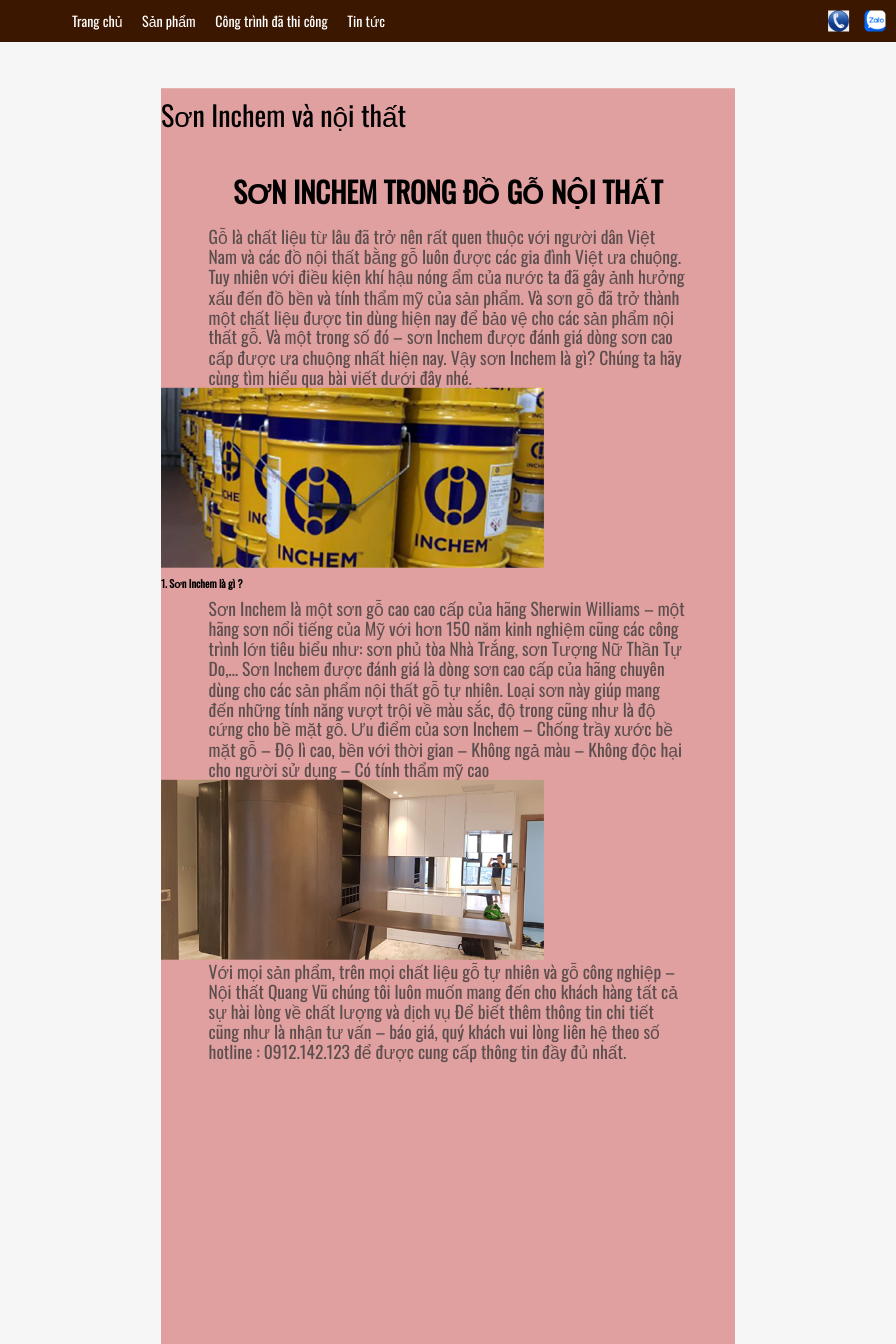
Repository: KHANHD192/FigmaTo-HTML
Page: APP-SHOP/item1.html
These files come from the project's save history. The page is drawn as it stood at one moment and after the next save; the edit follows.
The browser window is 1280 px wide. The pictures show the part of the page from y = 0 to 1920 px (the page is 3248 px tall), at 70% of full size.

Above is the page before, as saved 2022-11-22 15:32:14.

### APP-SHOP/item1.html
<!DOCTYPE html>
<html lang="en">
<head>
    <meta charset="UTF-8">
    <meta http-equiv="X-UA-Compatible" content="IE=edge">
    <meta name="viewport" content="width=device-width, initial-scale=1.0">
    <title>ITEM1</title>
    <link rel="stylesheet" href="https://cdnjs.cloudflare.com/ajax/libs/normalize/8.0.1/normalize.min.css" integrity="sha512-NhSC1YmyruXifcj/KFRWoC561YpHpc5Jtzgvbuzx5VozKpWvQ+4nXhPdFgmx8xqexRcpAglTj9sIBWINXa8x5w==" crossorigin="anonymous" referrerpolicy="no-referrer" />
    <link rel="stylesheet" href="./asset/Css_main/base.css">
    <link rel="stylesheet" href="./asset/Css_main/main.css">
    <link rel="preconnect" href="https://fonts.googleapis.com">
     <link rel="preconnect" href="https://fonts.gstatic.com" crossorigin>
     <link rel="stylesheet" href="https://cdnjs.cloudflare.com/ajax/libs/font-awesome/6.2.1/css/all.min.css" integrity="sha512-MV7K8+y+gLIBoVD59lQIYicR65iaqukzvf/nwasF0nqhPay5w/9lJmVM2hMDcnK1OnMGCdVK+iQrJ7lzPJQd1w==" crossorigin="anonymous" referrerpolicy="no-referrer" />
     <link rel="stylesheet" href="https://cdnjs.cloudflare.com/ajax/libs/font-awesome/6.2.1/css/fontawesome.min.css" integrity="sha512-giQeaPns4lQTBMRpOOHsYnGw1tGVzbAIHUyHRgn7+6FmiEgGGjaG0T2LZJmAPMzRCl+Cug0ItQ2xDZpTmEc+CQ==" crossorigin="anonymous" referrerpolicy="no-referrer" />
       <style>
         *{
            font-family: 'Oswald', sans-serif;
         }
         .app__container3{
            max-width: 1337px;
            height: 2567px;
            background-color: #bb0c0c5e;
            margin:66px 230px 20px 230px;
         }
         .container__title{
            max-width: 490px;
            height: 83px;
            font-size: 40px;
            line-height: 74px;
         }
         .container__heading{
            font-size: 41px;
            text-align: center;
         }
         .container__para{
            color: #5D4E4E;
            margin: 0 68px;
            font-size: 25px;
         }
            .container__image{
                max-width: 1661px;
                max-width: 547px;
            }
            .container__image img {
                width: 100%;
                height: 100%;
                object-fit: cover;
            }
       </style>
    </head>
<body>
    <div class="app">
        <header class="app__header">
            <div class="header__nav-bar">
               <ul class="nav-bar__item">
                   <li>
                       <a href="./index.html" class="nav-bar__item-link">Trang chủ</a>
                   </li>
                   <li>
                       <a href="#" class="nav-bar__item-link">Sản phẩm</a>
                   </li>
                   <li>
                       <a href="./ctdtc.html" class="nav-bar__item-link">Công trình đã thi công</a>
                   </li>
                   <li>
                       <a href="./tintuc.html" class="nav-bar__item-link">Tin tức</a>
                   </li>
               </ul>
               <ul class="nav-bar__icon">
                   <li>
                       <img src="./asset/IMG/image 3.png" alt="" class="logo">
                   </li>
                   <li>
                       <img src="./asset/IMG/image 2.png" alt="" class="logo">
                   </li>
               </ul>
            </div>
         </header>
         <div class="app__container3">
                  <div class="container__content">
                    <p class="container__title">
                        Sơn Inchem và nội thất
                    </p>
                    <h1 class="container__heading">
                        SƠN INCHEM TRONG ĐỒ GỖ NỘI THẤT
                    </h1>
                    <p class="container__para">
                        Gỗ là chất liệu từ lâu đã trở nên rất quen thuộc với người dân Việt Nam và các đồ nội thất bằng gỗ luôn được các gia đình Việt ưa chuộng. Tuy nhiên với điều kiện khí hậu nóng ẩm của nước ta đã gây ảnh hưởng xấu đến đồ bền và tính thẩm mỹ của sản phẩm. Và sơn gỗ đã trở thành một chất liệu được tin dùng hiện nay để bảo vệ cho các sản phẩm nội thất gỗ. Và một trong số đó – sơn Inchem được đánh giá dòng sơn cao cấp được ưa chuộng nhất hiện nay. Vậy sơn Inchem là gì? Chúng ta hãy cùng tìm hiểu qua bài viết dưới đây nhé.

                    </p>
                   <div class="container__image">
                    <img src="./asset/IMG/image 10.png" alt="backdrop">
                   </div>
                   <h2 class="container__index">
                    1. Sơn Inchem là gì ?
                   </h2>
                   <p class="container__para">
                    Sơn Inchem là một sơn gỗ cao cao cấp của hãng Sherwin Williams – một hãng sơn nổi tiếng của Mỹ với hơn 150 năm kinh nghiệm cũng các công trình lớn tiêu biểu như: sơn phủ tòa Nhà Trắng, sơn Tượng Nữ Thần Tự Do,… Sơn Inchem được đánh giá là dòng sơn cao cấp của hãng chuyên dùng cho các sản phẩm nội thất gỗ tự nhiên. Loại sơn này giúp mang đến những tính năng vượt trội về màu sắc, độ trong cũng như là độ cứng cho bề mặt gỗ.
Ưu điểm của sơn Inchem
– Chống trầy xước bề mặt gỗ
– Độ lì cao, bền với thời gian
– Không ngả màu
– Không độc hại cho người sử dụng
– Có tính thẩm mỹ cao

                   </p>
                   <div class="container__image">
                    <img src="./asset/IMG/image 11.png" alt="backdrop">
                   </div>
                   <p class="container__para">
                    Với mọi sản phẩm, trên mọi chất liệu gỗ tự nhiên và gỗ công nghiệp – Nội thất Quang Vũ chúng tôi luôn muốn mang đến cho khách hàng tất cả sự hài lòng về chất lượng và dịch vụ
Để biết thêm thông tin chi tiết cũng như là nhận tư vấn – báo giá, quý khách vui lòng liên hệ theo số hotline : 0912.142.123 để được cung cấp thông tin đầy đủ nhất.

                   </p>
                  </div>
         </div>
         <footer class="app__footer">
            <div class="footer__addres">
                <p class="addres__title">CÔNG TY SẢN XUẤT NỘI THẤT CÔNG ĐỨC</p>
                <ul>
                    <li class="address__item" >Trụ sợ : Km76 Quốc Lộ 1A Hà Đông Hà nội</li>
                    <li class="address__item">Xưởng sản xuất : Trường Yên, Hà Đông , Hà Nội</li>
                    <li class="address__item">Hotline: 0912.142.456 - 0986.112.678 </li>
                    <li class="address__item">Zalo: 0912.142.456 - 0966.288.888</li>
                    <li class="address__item">
                        <a href="noithatcongduc.com.vn">Website: noithatcongduc.com.vn</a>
                    </li>
                </ul>
            </div>
            <div class="footer__info">
                <p class="addres__title">THÔNG TIN CỬA HÀNG </p>
                <ul>
                    <li> Giờ mở cửa: (24H)</li>
                    <li>Bán hàng : 0966.288.999</li>
                    <li> Bảo hành : 0912.142.456 </li>
                    <li>Tư vấn : 0912.142.456</li>
                    <li class="info__item">
                        <a href="tel:098.611.2158">Hỗ trợ kỹ thuật: 098.611.2158</a>
                    </li>
                </ul>
            </div>
            <div class="footer__term">
                <p class="addres__title">CHÍNH SÁCH</p>
                <ul>
                    <li>Phương Thức Thanh Toán</li>
                    <li>Chính Sách Vận Chuyển</li>
                    <li>Chính Sách Đổi Trả </li>
                    <li>Chính Sách Bảo Hành</li>
                    <li>
                        Chính Sách Bảo Mật Thông Tin
                    </li>
                </ul>
            </div>
            <div class="footer__payal">
                <p class="addres__title">CHẤP NHẬN THANH TOÁN</p>
                <ul class="payal__item">
                    <li>
                           <img src="./asset/IMG/image 8.png" alt="Phương thức thanh toán">
                    </li>
                </ul>
            </div>
        </footer>
    </div>
</body>
</html>

### APP-SHOP/asset/Css_main/base.css
@import url('https://fonts.googleapis.com/css2?family=Oswald&family=Roboto:wght@100&display=swap');
/* header */
html{
    font-size: 62.5%;
    box-sizing: border-box;
    font-family: 'Oswald', sans-serif;
    background-color:#F6F6F6;
}
.app{
    max-width: 1800px;
}
.app__header{

}
.header__nav-bar{
      display: flex;
      justify-content: space-between;
      height: 60px;
      background-color: #3C1700;;
}
.nav-bar__item {
    width: 603px;
    height: 30px;
    list-style: none;
    display: flex;
    font-family: 'Oswald', sans-serif;
    font-size: 20px;
    line-height: 29.64px;
    margin-top: 15px;
    margin-bottom: 15px ;
    margin-left: 63px;
}
.nav-bar__item-link{
    text-decoration: none;
    color: #FFFFFF;
    margin-right: 28px;
}
.header__nav-bar:not(:last-child){
    margin-right: 0;
}
.nav-bar__icon{
    list-style: none;
    display: flex;
    margin-top: 15px;
    margin-bottom: 15px ;
    margin-right: 15px;
}
.logo{
    width: 30px;
    height: 30px;
}
.logo:last-child{
    margin-left: 22px;
}
.header__background{
    width:100%;
    height: 420px;
}
.header__background img{
    width: 100%;
    height: 100%;
    object-fit: cover;
}
/* footer */
footer{
    max-width: 1800px;
    height:460px;
    background-color: #350B0C;
    color: #FFFFFF;
}
footer ul{
    list-style: none;
    padding: 0;
    font-size: 20px;
}
.app__footer{
    display:flex;
    justify-content: space-between;
}
.addres__title{
    font-size: 25px;
}
.footer__addres , .footer__info ,.footer__term ,.footer__payal{
    margin-top:35px;
}
.footer__addres{
    max-width: 508px;
    height:375px;
    margin-left:90px;
   line-height: 55px;
}
.address__item{
    position: relative;
}
.address__item::after{
    content: "";
    position: absolute;
    width: 313px;
    height: 4px;
    background-color: #D9D9D9;
    left:0;
    bottom: -10px;
}
.address__item a ,.info__item a {
    text-decoration: none;
    color:#FFFFFF;
}
 .footer__info{
    max-width: 412px;
    height: 356px;
    line-height: 55px;
 }
 .footer__term{
    max-width: 260px;
    height: 356px;
    line-height: 55px;
 }
 .footer__payal{
    line-height: 55px;
    margin-right: 20px;
 }
.footer__payal p {
    text-align: center;
}

### APP-SHOP/asset/Css_main/main.css
.app__container{
 max-width: 1800px;
    height: 3835px;
}
.collect1 h2{
    width: 285px;
    height: 42px;
    font-family: 'Oswald', sans-serif;
    font-weight: 400;
    font-size: 30px;
    line-height: 44.46px;
    color: #000000;
    position: relative;
    margin-top: 61px;
    margin-bottom: 61px;
    margin-left: 72px;
}
.collect1 h2::after{
    content: "";
    position: absolute;
    width: 1365px;
    height: 4px;
    background-color: #D9D9D9;
    left:0;
    bottom: -10px;

}
.collect1 .list__item{
    list-style: none;
    display: flex;
    margin-left:77px;
    margin-right: 88px;
    padding-left: 0;
}
.list__item li {
   max-width: 350px;
    height: 450px;
    border:  1px solid #332F2F;
    margin-right: 74px;
    background-color: #ffffff;
}
.list__item li:last-child{
    margin-right: 0;
}
li .wrap__image{
   max-width: 350px;
    height: 350px;
}
.item__image-link{
    display: block;
    max-width:100%;
    height: 63px;
    font-size: 20px;
    font-weight: 400;
    line-height: 44.46px;
   text-align: center;
   padding-top: 1.5rem;
    color: #000000;
}
li .wrap__image img{
    width: 100%;
    height: 100%;
    object-fit: cover;
}

.project__tiltle p {
    text-align: center;
    margin-top:91px;
    font-size: 50px;
    line-height: 74.1px;
    margin-bottom: 50px;
}
.list__project{
    display:flex;
    list-style: none;
    margin-left:131px;
    margin-right:131px;
    padding-left: 0;
    justify-content: space-between;
}
.list__project-item{
    max-width: 700px;
    height: 560px;
    border:  1px solid #332F2F;
}
.enfold__image{
    max-width: 700px;
    height: 400px;
}
.enfold__image img {
    width: 100%;
    height: 100%;
}
.item__project-link{
    display: block;
    max-width:100%;
    height: 63px;
    font-size: 30px;
    font-weight: 400;
    line-height: 44.46px;
   text-align: center;
   padding-top: 5rem;
    color:#6C271E;
}
.list__project-item:first-child{
    margin-right: 148px;
}
.collect1 p {
    text-align: center;
    margin-top:91px;
    font-size: 50px;
    line-height: 74.1px;
    margin-bottom: 50px;
}
.detail2{
    margin-top: 80px;
}

After the next save:
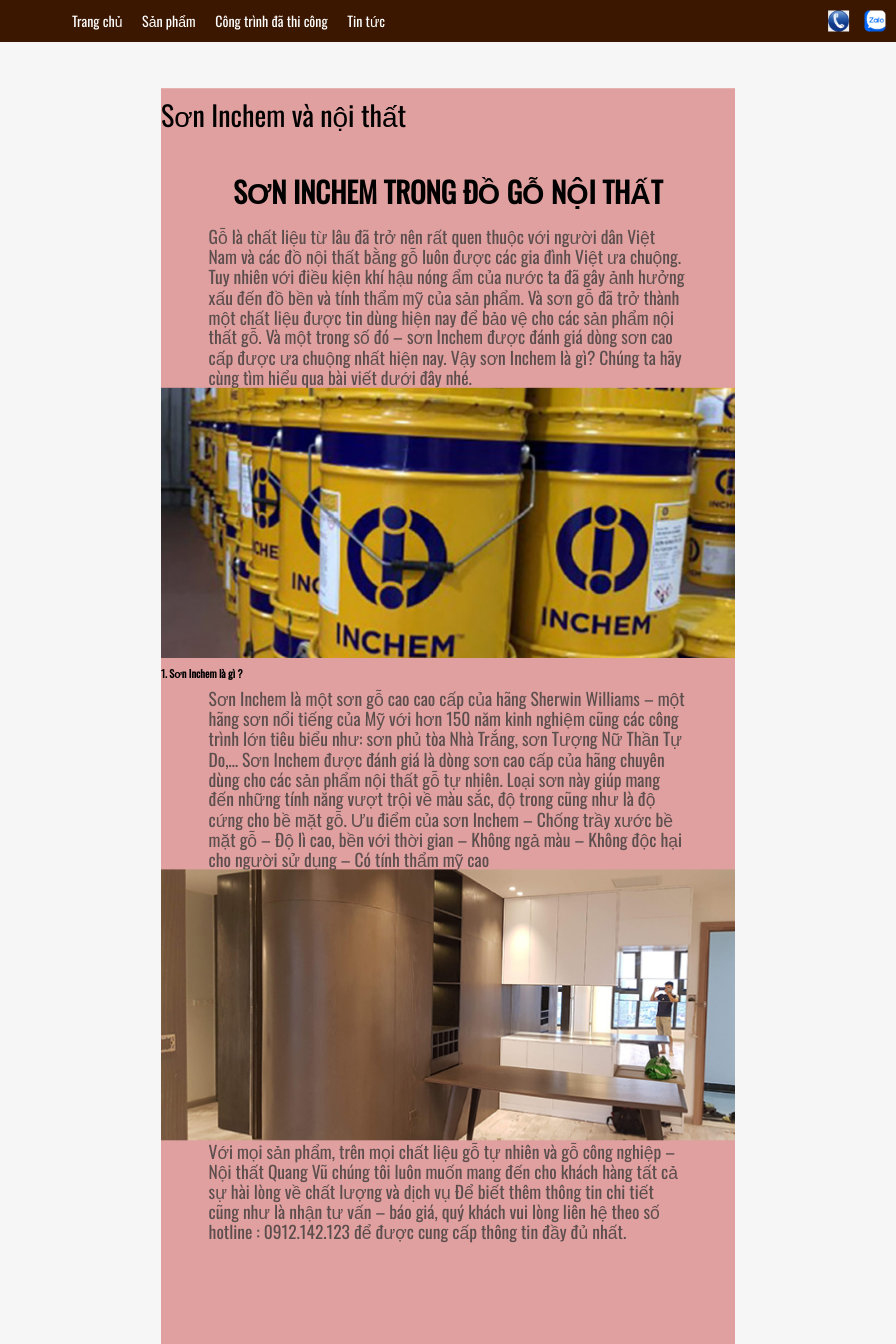
Saved 20 s later.
--- a/APP-SHOP/item1.html
+++ b/APP-SHOP/item1.html
@@ -39,7 +39,7 @@
          }
             .container__image{
                 max-width: 1661px;
-                max-width: 547px;
+                max-height: 547px;
             }
             .container__image img {
                 width: 100%;
